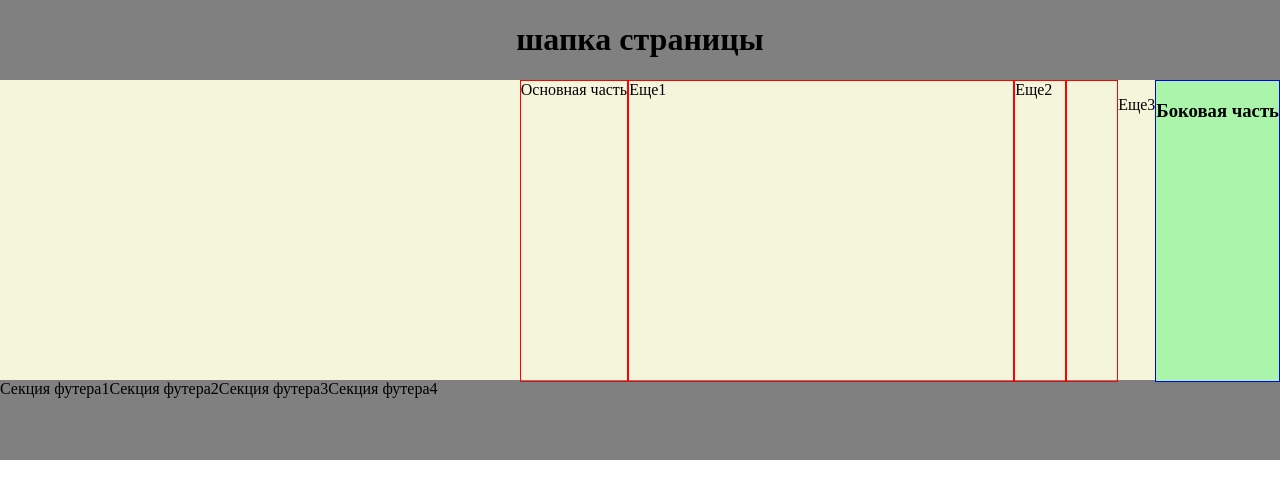
Repository: IrinaGetmanenko/week5
Page: week5/index.html
An editor plug-in stored every save of this project. The page is shown before and after the next save, followed by the edit.
The browser window is 1280 px wide. The pictures show the whole page.

Above is the page before, as saved 2022-08-28 13:24:08.

### week5/index.html
<!DOCTYPE html>
<html lang="en">
<head>
    <meta charset="UTF-8">
    <meta http-equiv="X-UA-Compatible" content="IE=edge">
    <meta name="viewport" content="width=device-width, initial-scale=1.0">
    <link rel="stylesheet" href="normalize.css">
    <title>Document</title>
    <style>
        .h1{
           display: flex;
           justify-content: center;
           height: 80px;
           background-color: gray;
        }

        .container1{
            display: flex;
            flex-wrap: wrap;
            height: 300px;
            background-color: beige;
            justify-content: flex-end;

        }
        .main{
            border: 1px solid red;
        }
        .main1{
           width: 30%;
           border: 1px solid red;

        }

        .main2{
            flex-basis: 50px;
            border: 1px solid red;



}
       .main3{
        flex-basis: 50px;
        border: 1px solid red;

}

.aside{
    border: 1px solid blue;
    height: 300px;
    background-color: rgb(170, 245, 170);
}
.footer{
display: flex;
height: 80px;
background-color: gray;
}


    </style>
</head>
<body>
    <header>
        <div class="h1">
            <h1>шапка страницы</h1>
    </header>

    <main>
        <div class="container1">
            <div class="main">Основная часть</div>

        <div class="main1">Еще1</div>

        <div class="main2">Еще2</div>


        <div class="main3"></div>
        <p>Еще3</p>
        <div class="aside"><h3>Боковая часть</h3>

        </div>
    </div>

    </main>

     <div class="footer">
        <div>Секция футера1</div>
        <div>Секция футера2</div>
        <div>Секция футера3</div>
        <div>Секция футера4</div>
    </div>


</body>
</html>

Loaded but not shown: week5/normalize.css (library)

After the next save:
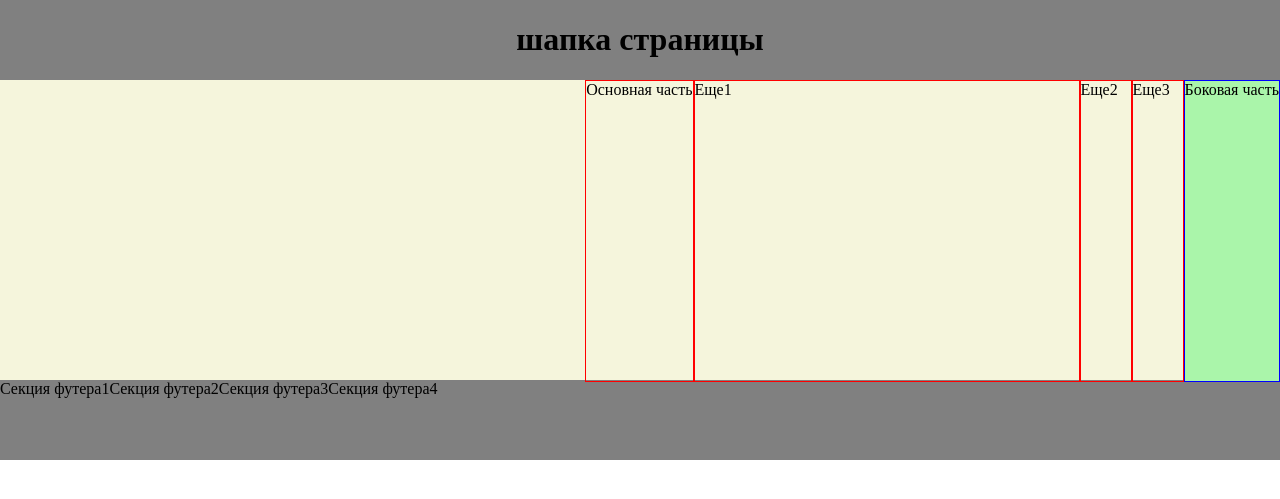
Saved 38 s later.
--- a/week5/index.html
+++ b/week5/index.html
@@ -73,11 +73,11 @@ background-color: gray;
         <div class="main2">Еще2</div>
 
 
-        <div class="main3"></div>
-        <p>Еще3</p>
-        <div class="aside"><h3>Боковая часть</h3>
+        <div class="main3">Еще3</div>
 
-        </div>
+        <div class="aside">Боковая часть</div>
+
+
     </div>
 
     </main>
